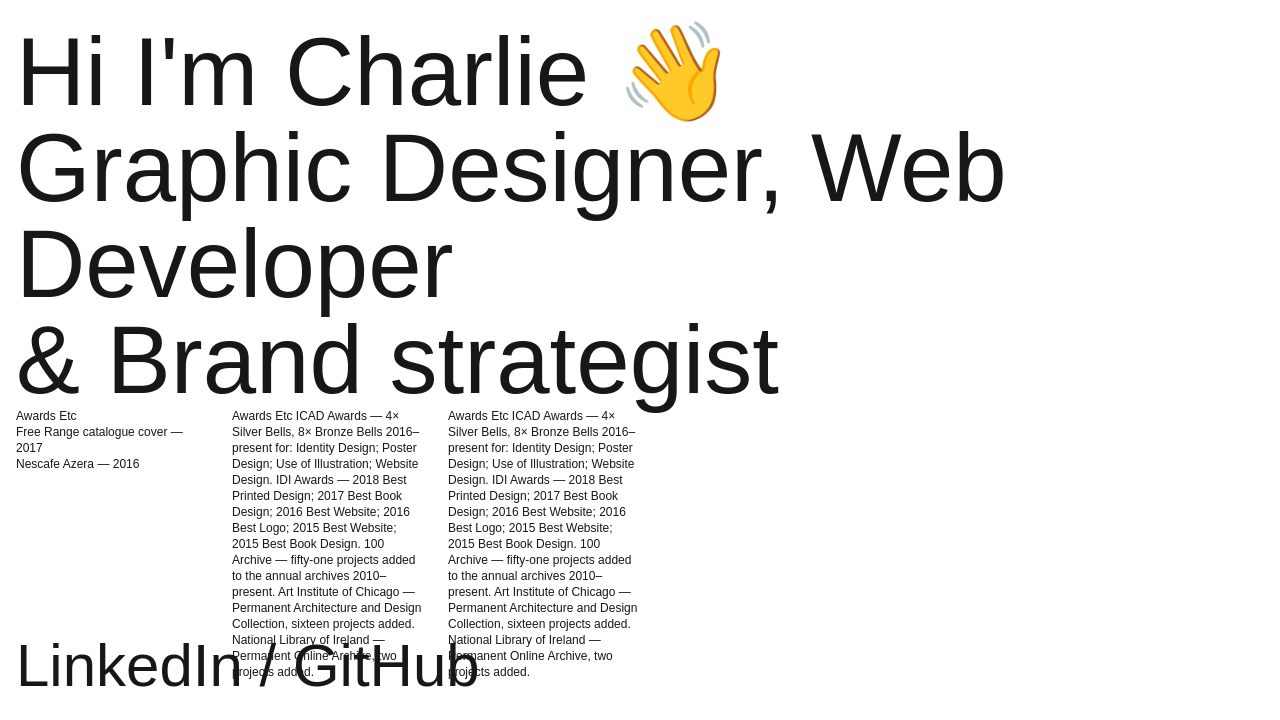
Repository: charlehs/portfolio
Page: /
The author's editor kept a copy of each file at every save. The page is drawn from the files as they stood at one save, then again after the next save.
The browser window is 1280 px wide. The pictures show the whole page.
The project was rebuilt for these pictures with package versions that can differ from the ones it lists, and the page was loaded fresh each time. The framework's server and built-in components were replaced by stand-ins that run in the browser. Also part of the build but not shown: next.config.ts.

Above is the page before, as saved 2025-01-02 18:44:40.

After the next save:
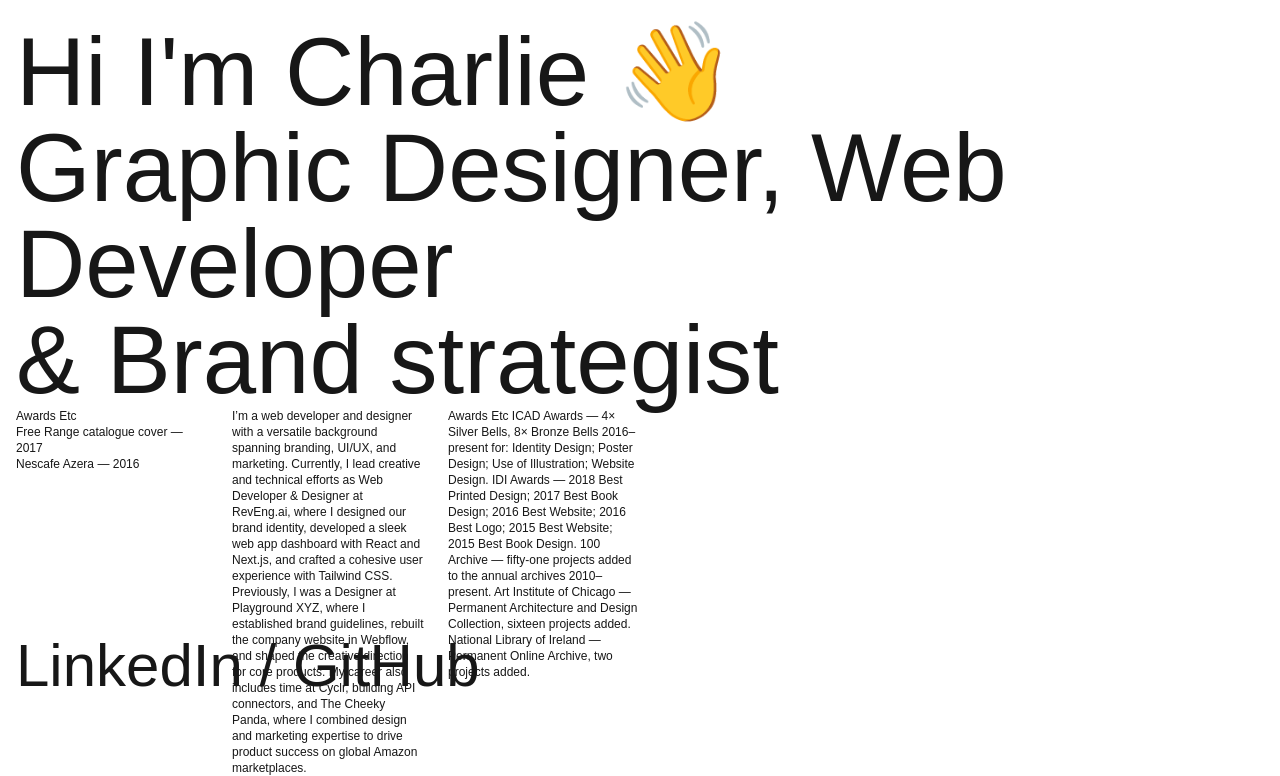
Saved 3 min 50 s later.
--- a/app/page.tsx
+++ b/app/page.tsx
@@ -33,15 +33,18 @@ export default function Home() {
             </a>
           </div>
           <p>
-            Awards Etc ICAD Awards — 4× Silver Bells, 8× Bronze Bells
-            2016–present for: Identity Design; Poster Design; Use of
-            Illustration; Website Design. IDI Awards — 2018 Best Printed Design;
-            2017 Best Book Design; 2016 Best Website; 2016 Best Logo; 2015 Best
-            Website; 2015 Best Book Design. 100 Archive — fifty-one projects
-            added to the annual archives 2010–present. Art Institute of Chicago
-            — Permanent Architecture and Design Collection, sixteen projects
-            added. National Library of Ireland — Permanent Online Archive, two
-            projects added.
+            I’m a web developer and designer with a versatile background
+            spanning branding, UI/UX, and marketing. Currently, I lead creative
+            and technical efforts as Web Developer & Designer at RevEng.ai,
+            where I designed our brand identity, developed a sleek web app
+            dashboard with React and Next.js, and crafted a cohesive user
+            experience with Tailwind CSS. Previously, I was a Designer at
+            Playground XYZ, where I established brand guidelines, rebuilt the
+            company website in Webflow, and shaped the creative direction for
+            core products. My career also includes time at Cyclr, building API
+            connectors, and The Cheeky Panda, where I combined design and
+            marketing expertise to drive product success on global Amazon
+            marketplaces.
           </p>
           <p>
             Awards Etc ICAD Awards — 4× Silver Bells, 8× Bronze Bells
